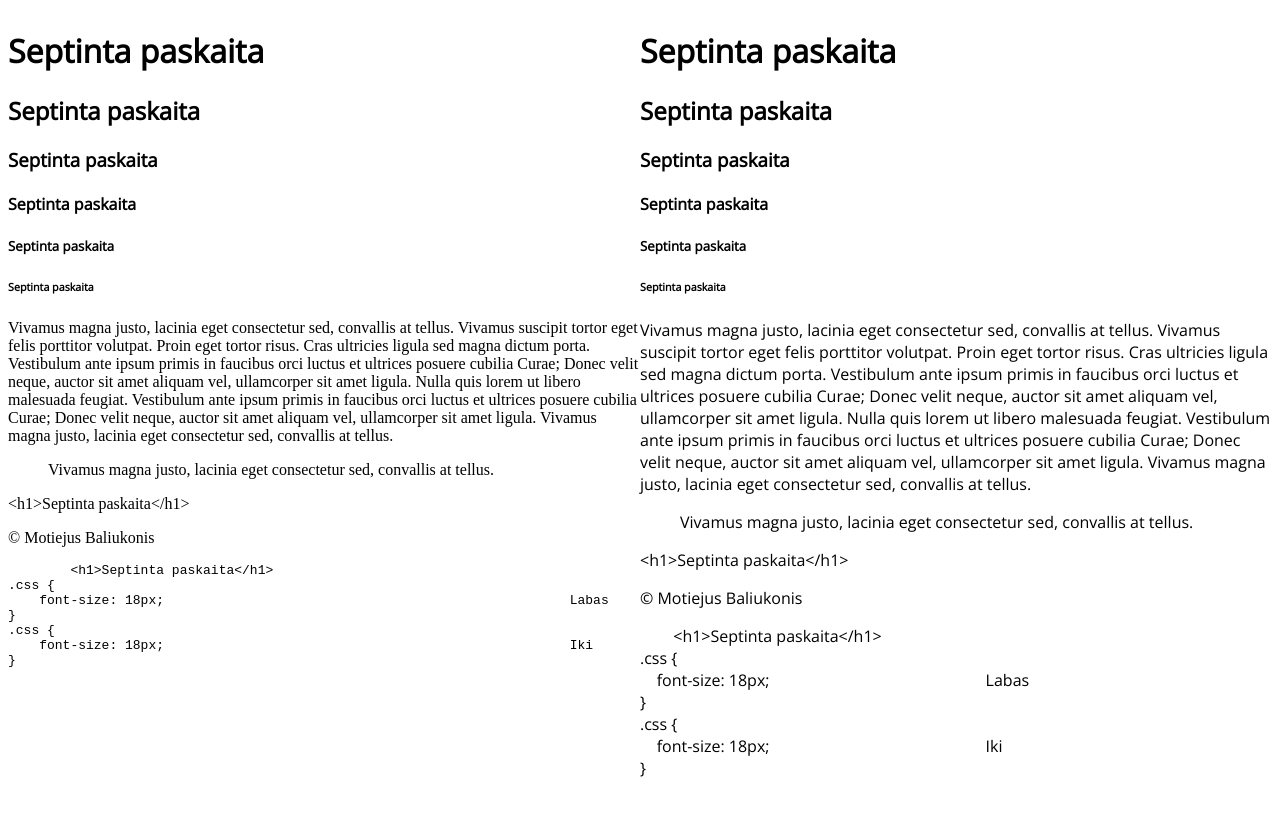
Repository: motiejus1/07-paskaita-05.31
Page: index.html
The author's editor kept a copy of each file at every save. The page is drawn from the files as they stood at one save, then again after a run of saves.
The browser window is 1280 px wide. The pictures show the whole page.

Above is the page before, as saved 2021-06-10 19:39:50.

After the next 2 saves:
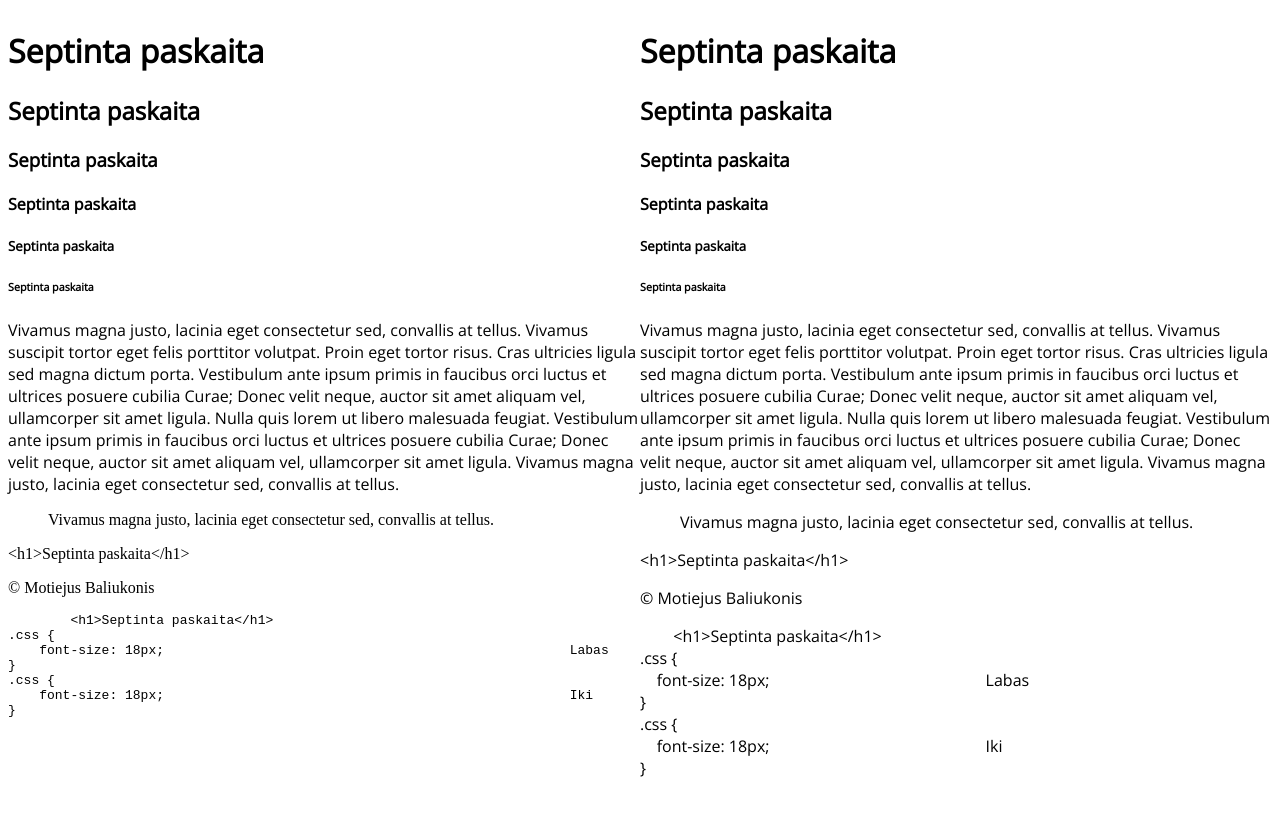
The 2 saves are shown as one change because they came seconds apart.
The last was saved 7 s later.
--- a/index.html
+++ b/index.html
@@ -36,6 +36,10 @@
         }
 
         .sriftas {
+            font-family: 'Open Sans', sans-serif;
+        }
+
+        .sriftas1 {
             font-family: 'Open Sans', sans-serif;
         }
     </style>

After the save that followed:
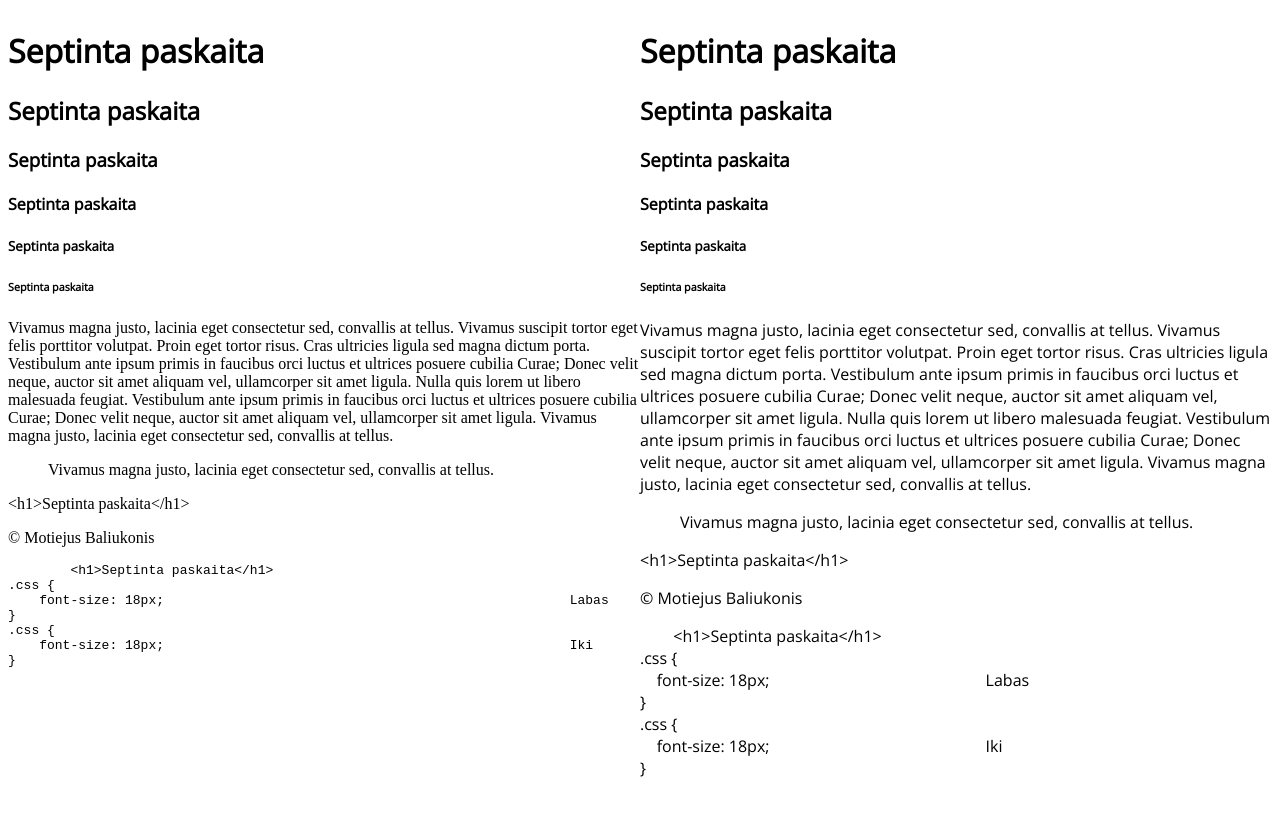
Saved 10 s later.
--- a/index.html
+++ b/index.html
@@ -40,7 +40,7 @@
         }
 
         .sriftas1 {
-            font-family: 'Open Sans', sans-serif;
+            font-family: 'Times New Roman', sans-serif;
         }
     </style>
 </head>
